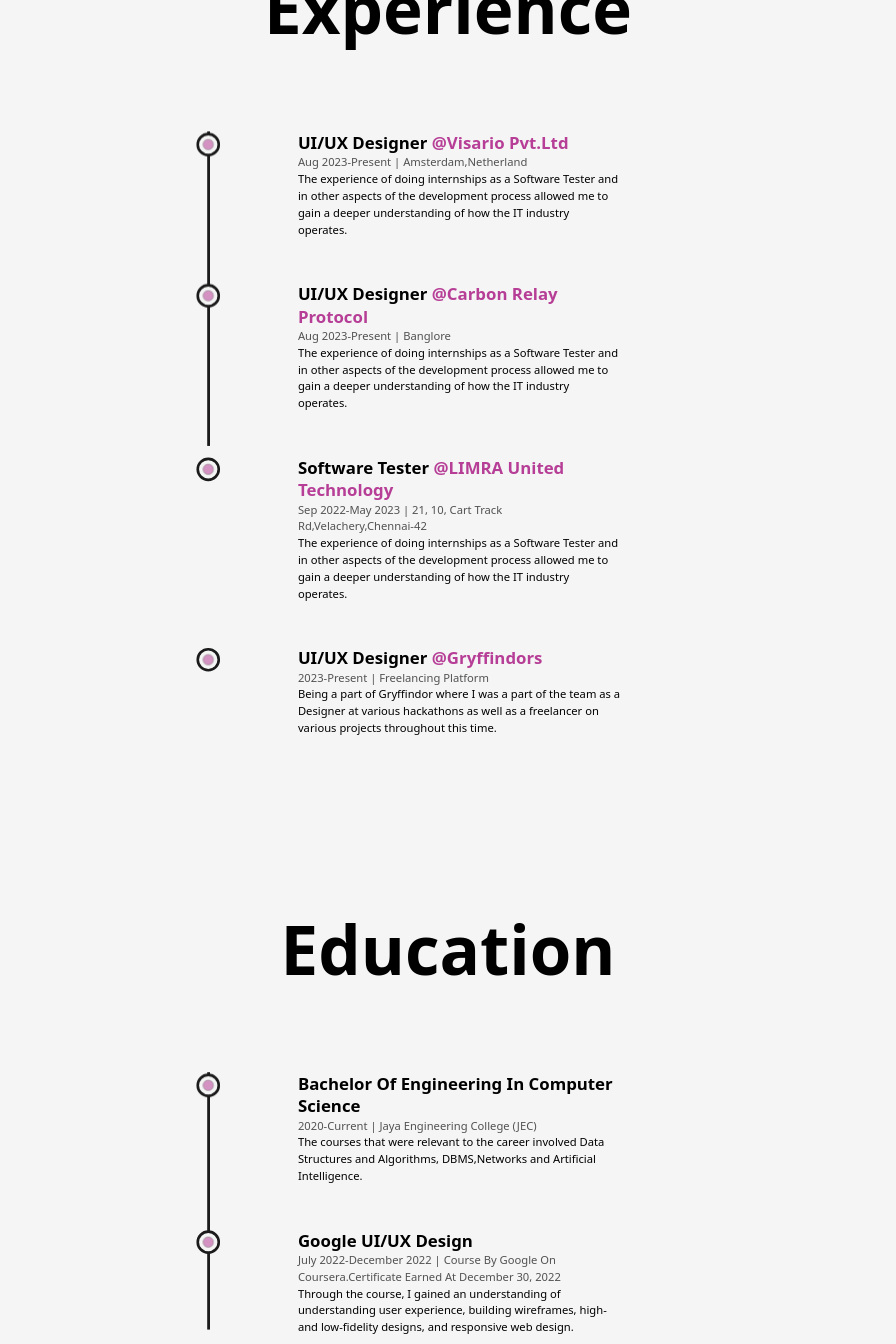
Repository: SMaheshwaran/PP
Page: /about
The author's editor kept a copy of each file at every save. The page is drawn from the files as they stood at one save, then again after a run of saves.
The browser window is 1280 px wide. The pictures show the part of the page from y = 2254 to 4174 px (the page is 5556 px tall before and 5532 px after), at 70% of full size.
The project was rebuilt for these pictures with package versions that can differ from the ones it lists, and the page was loaded fresh each time. The framework's server and built-in components were replaced by stand-ins that run in the browser. Also part of the build but not shown: next.config.js.

Above is the page before, as saved 2023-11-01 14:14:37.

After the next 2 saves:
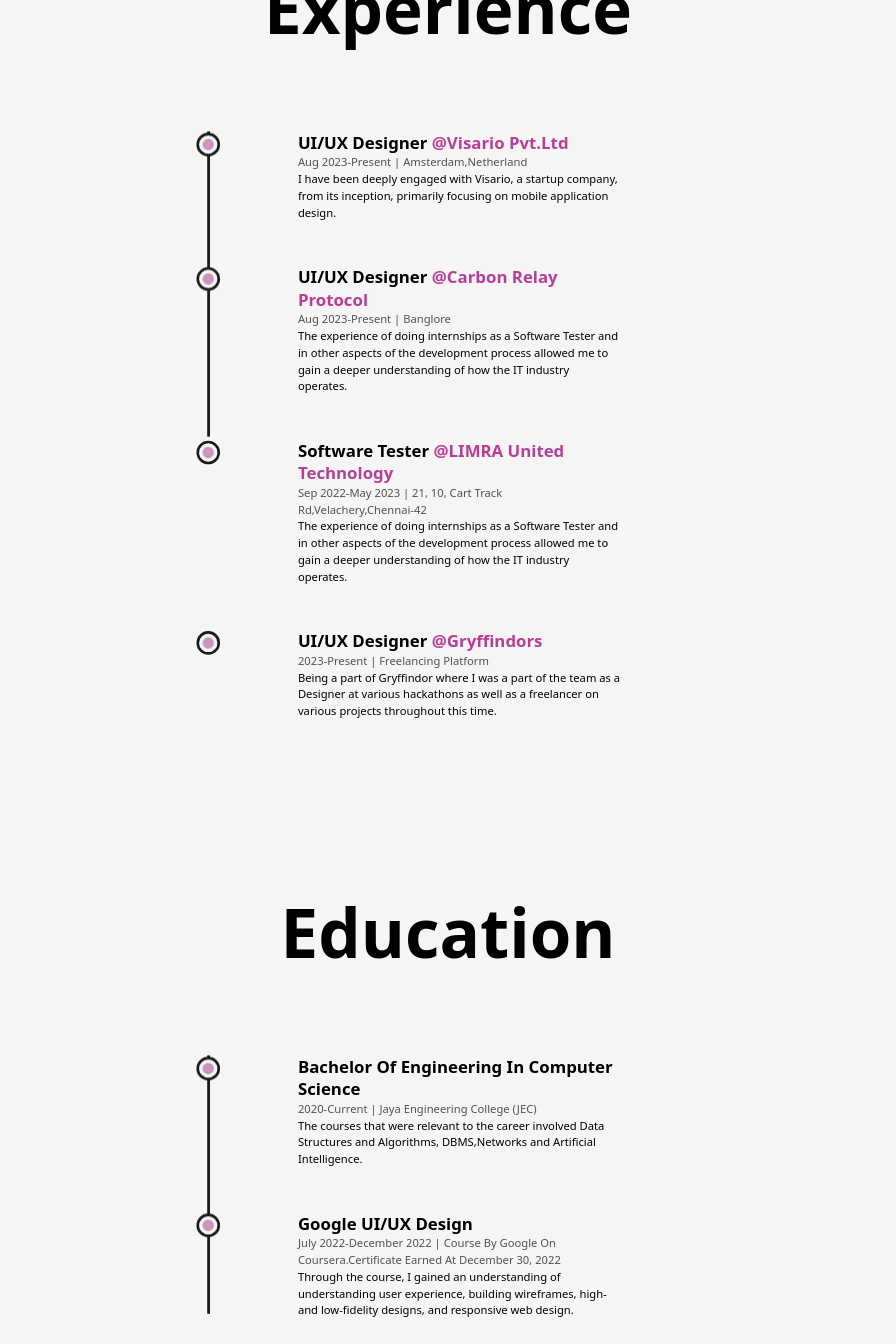
The 2 saves are shown as one change because they came seconds apart.
The last was saved 58 min 39 s later.
--- a/src/components/Experience.js
+++ b/src/components/Experience.js
@@ -62,7 +62,8 @@ md:w-[2px] md:left-[35px] xs:left-[33px]
             commpanyLink="https://www.linkedin.com/company/limraunited/mycompany/"
             time="Aug 2023-Present"
             address="Amsterdam,Netherland"
-            work="The experience of doing internships as a Software Tester and in other aspects of the development process allowed me to gain a deeper understanding of how the IT industry operates."
+            work="I have been deeply engaged with Visario, a startup company, from its
+inception, primarily focusing on mobile application design."
             />
 
         <Details
